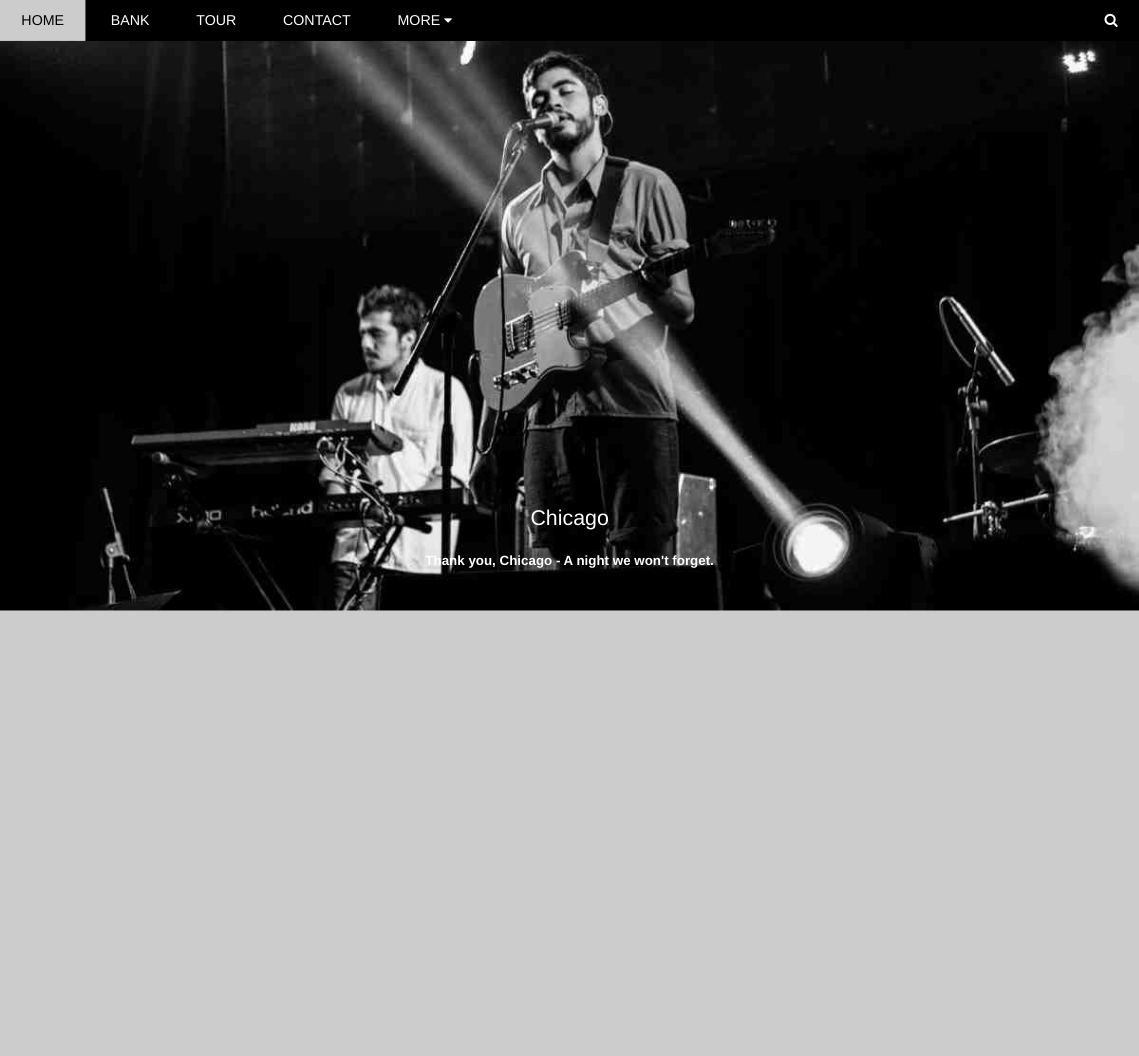
Repository: vuongtm1999/TheBand_W3School
Page: index.html
These files come from the project's save history. The page is drawn as it stood at one moment and after the next save; the edit follows.
The browser window is 1280 px wide. The pictures show the whole page, at 89% of full size.

Above is the page before, as saved 2022-08-25 11:07:34.

### index.html
<!DOCTYPE html>
<html lang="en">
<head>
    <meta charset="UTF-8">
    <meta http-equiv="X-UA-Compatible" content="IE=edge">
    <meta name="viewport" content="width=device-width, initial-scale=1.0">
    <title>Document</title>
    <link rel="stylesheet" href="./assets/css/style.css">
    <link rel="stylesheet" href="https://cdnjs.cloudflare.com/ajax/libs/font-awesome/4.7.0/css/font-awesome.min.css">

</head>
<body>
        <div id="header">
            <!-- begin: nav -->
            <ul id="nav">
                <li><a href="#">Home</a></li>
                <li><a href="#">Bank</a></li>
                <li><a href="#">Tour</a></li>
                <li><a href="#">Contact</a></li>
                <li>
                    <a href="#">More <i style="font-size: 15px;" class="fa fa-caret-down"></i></a>
                    <ul class="subnav">
                        <li><a href="#">Merchandise</a></li>
                        <li><a href="#">Extras</a></li>
                        <li><a href="#">Media</a></li>
                    </ul>
                </li>
            </ul>
            <!-- end: nav -->

            <!-- begin: search button -->
            <div class="search-button">
                <i class="fa fa-search"></i>
            </div>
            <!-- end: search button -->
        </div>

        <div id="slider">
            <div class="text-content">
                <div class="container">
                    <h3 class=text-heading>
                        Chicago
                    </h3>
                    <div class="text-description">
                        Thank you, Chicago - A night we won't forget.
                    </div>
                </div>
            </div>
        </div>

        <div id="container">
            <div id="content">

            </div>

        </div>

        <div id="footer">

        </div>
    </div>
</body>
</html>

### assets/css/style.css
/* reset CSS */
* {
    margin: 0;
    padding: 0;
    box-sizing: border-box;
}

html {
    font-family: Helvetica, Arial, sans-serif;
}

#nav, .subnav{
    list-style-type: none;
}

#nav{
    display: inline-block;
}

/*
Nguyen tac lam viec
1. Vi tri
2. Kich thuoc
3. Mau sac
4. Kieu dang (kieu chu, hinh tron hay hinh vuong,...)
*/

/*
Tu ngoai vao trong
Tu tren xuong duoi
TU tong quan den chi tiet
 */

#main {}

#header {
    position: fixed;
    z-index: 999px;
    height: 46px;
    background-color: #000;
    color: #fff;
    top: 0;
    left: 0;
    right: 0;
}

#nav li {
    text-decoration: none;
    line-height: 46px;
}

a{
    text-decoration: none;
}

#nav > li > a {
    /* display: inline-block; */
    padding: 0px 24px;
    color: #ffffff;
    text-transform: uppercase;
}

#nav > li {
    display: inline-block;
}

#nav li:last-child {
    position: relative;
}

#nav .subnav {
    background-color: #fff;
    position: absolute;
    display: none;
    top: 100%;
    left: 0;
    box-shadow:  0px 0px 10px rgba(0, 0, 0, 0.3);
    min-width: 160px;
}

#nav .subnav a{
    color: #000;
    padding: 0px 12px;
    line-height: 30px;
    display: inline-block;
    width: 100%;
}

#nav .subnav li:hover,
#nav > li:hover > a {
    color: #000;
    background-color: #ccc;
    display: block;
}

#nav > li:last-child:hover .subnav{
    display: block;
}

/* search btn */
#header .search-button{
    float: right;
    line-height: 46px;
    padding: 0 24px;
}

#header .search-button:hover{
    background-color: #f44336;
    cursor: pointer;
}

#slider {
    /* background-color: rgb(27, 22, 22); */
    margin-top: 46px;
/* padding-top bang 50% chieu rong cua thanh phan do */
    padding-top: 50%;
    position: relative;
    background: url("/assets/img/chicago.jpg") top center / cover no-repeat;
}

#slider .text-content{
    position: absolute;
    color: white;
    bottom: 48px;

    /* cach 1 */
    /* left: 50%;
    transform: translateX(-50%); */
    /* cach 2 */
    /* left: 0;
    right: 0; */
    /* cach 3 */
    width: 100%;
    text-align: center;
}

.text-heading{
    font-size: 24px;
    font-weight: 400;
}

.text-description{
    margin-top: 25px;
    font-weight: bolder;
    font-size: 15px;
}





#container {
    height: 500px;
    background-color: #ccc;
}

#content {}

#footer {}

After the next save:
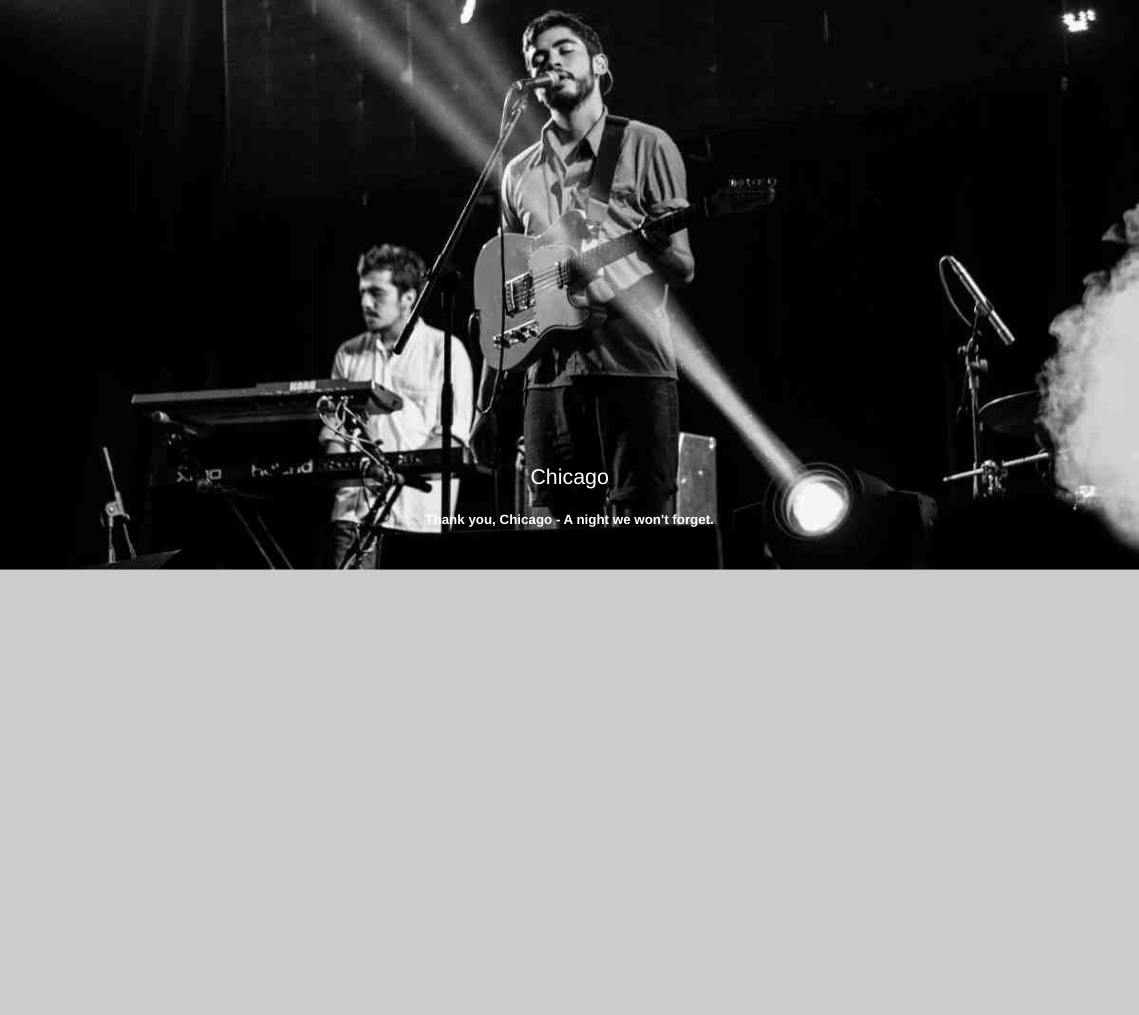
Saved 2 min 44 s later.
--- a/assets/css/style.css
+++ b/assets/css/style.css
@@ -110,6 +110,7 @@
 }
 
 #slider {
+    z-index: 33px
     /* background-color: rgb(27, 22, 22); */
     margin-top: 46px;
 /* padding-top bang 50% chieu rong cua thanh phan do */

After the save that followed:
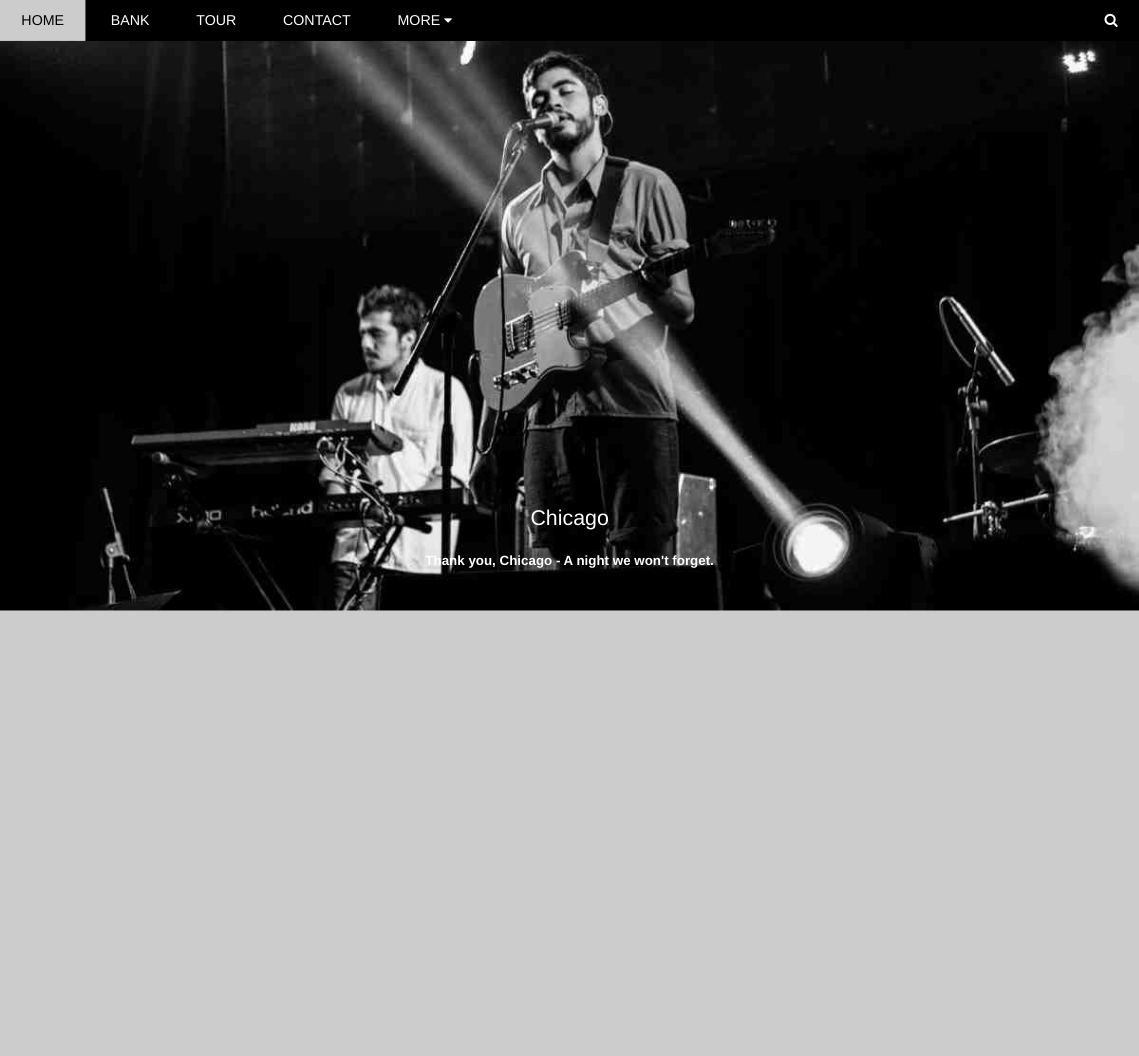
Saved 12 s later.
--- a/assets/css/style.css
+++ b/assets/css/style.css
@@ -110,7 +110,7 @@
 }
 
 #slider {
-    z-index: 33px
+    /* z-index: 33px */
     /* background-color: rgb(27, 22, 22); */
     margin-top: 46px;
 /* padding-top bang 50% chieu rong cua thanh phan do */
